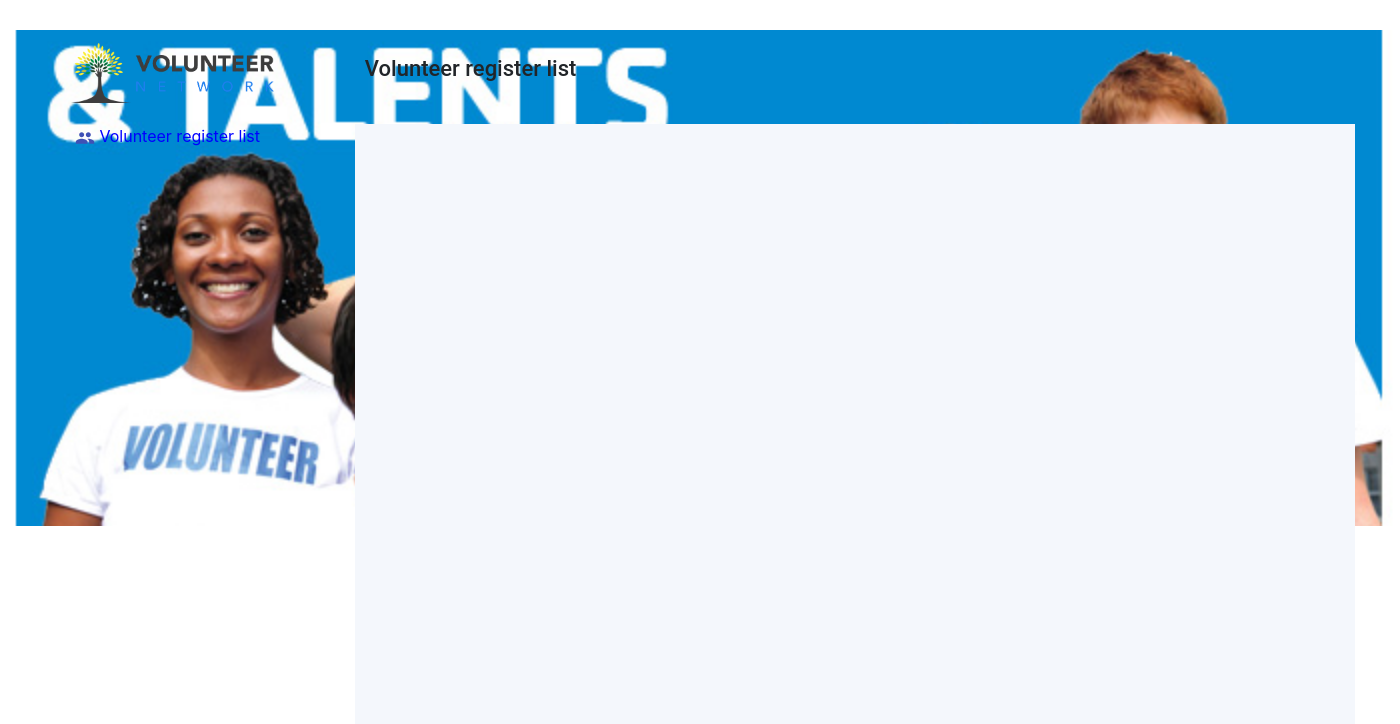
Repository: MdTahsinAmin/volunteer-network-client
Page: /adminPanel
These files come from the project's save history. The page is drawn as it stood at one moment and after the next save; the edit follows.
The browser window is 1280 px wide. The page is 1400 px wide, so the pictures cover 1400 px, including what lies to the right of the window. The pictures show the whole page.
The project was rebuilt for these pictures with package versions that can differ from the ones it lists, and the page was loaded fresh each time.

Above is the page before, as saved 2020-10-04 23:48:08.

### public/index.html
<!DOCTYPE html>
<html lang="en">
  <head>
    <meta charset="utf-8" />
    <link rel="icon" href="%PUBLIC_URL%/favicon.ico" />
    <meta name="viewport" content="width=device-width, initial-scale=1" />
    <meta name="theme-color" content="#000000" />
    <meta
      name="description"
      content="Web site created using create-react-app"
    />
    <link rel="apple-touch-icon" href="%PUBLIC_URL%/logo192.png" />
    <!--
      manifest.json provides metadata used when your web app is installed on a
      user's mobile device or desktop. See https://developers.google.com/web/fundamentals/web-app-manifest/
    -->
    <link rel="manifest" href="%PUBLIC_URL%/manifest.json" />
    <!--
      Notice the use of %PUBLIC_URL% in the tags above.
      It will be replaced with the URL of the `public` folder during the build.
      Only files inside the `public` folder can be referenced from the HTML.

      Unlike "/favicon.ico" or "favicon.ico", "%PUBLIC_URL%/favicon.ico" will
      work correctly both with client-side routing and a non-root public URL.
      Learn how to configure a non-root public URL by running `npm run build`.
    -->
    <title>Volunteer Network</title>
  </head>
  <body>
    <noscript>You need to enable JavaScript to run this app.</noscript>
    <div id="root"></div>
    <!--
      This HTML file is a template.
      If you open it directly in the browser, you will see an empty page.

      You can add webfonts, meta tags, or analytics to this file.
      The build step will place the bundled scripts into the <body> tag.

      To begin the development, run `npm start` or `yarn start`.
      To create a production bundle, use `npm run build` or `yarn build`.
    -->
  </body>
</html>

### src/App.js
import React from 'react';
import './App.css';
import Header from './components/Header/Header';
import {
  BrowserRouter as Router,
  Switch,
  Route,
  Link
} from "react-router-dom";
import AdminPanel from './components/AdminPanel/AdminPanel';
function App() {
  return (
    <div className="App">
     <Router>
      <Switch>
        <Route path ='/home'>
         <Header navbar={true}></Header>
        </Route>
        <Route path="/adminPanel">
           <div>
           <Header navbar={false}></Header>
           <AdminPanel/>
           </div>
        </Route>
        <Route exact path="/">
           <Header navbar={true}></Header>
        </Route>
      </Switch>
     </Router>
    </div>
  );
}

export default App;

### src/App.css
.App {
    background-image:url('./logos/Volunteer_Image.jpg');
    background-repeat: no-repeat;
    background-size: cover;
    background-position: center;
    width: 1400px;
    height: 496px;
    left: 1px;
    top: -1px;
}

.App-logo {
  height: 40vmin;
  pointer-events: none;
}

@media (prefers-reduced-motion: no-preference) {
  .App-logo {
    animation: App-logo-spin infinite 20s linear;
  }
}

.App-header {
  background-color: #282c34;
  min-height: 100vh;
  display: flex;
  flex-direction: column;
  align-items: center;
  justify-content: center;
  font-size: calc(10px + 2vmin);
  color: white;
}

.App-link {
  color: #61dafb;
}

@keyframes App-logo-spin {
  from {
    transform: rotate(0deg);
  }
  to {
    transform: rotate(360deg);
  }
}

### src/components/Header/Header.js
import React from 'react';
import { Link, useHistory } from 'react-router-dom';
import './Header.css'
import volunteerLogo from '../../logos/volunteer.png';
import { styled } from '@material-ui/core/styles';
import Button from '@material-ui/core/Button';

// Material Button

const MyButton = styled(Button)({
    background: 'linear-gradient(45deg, #3F90FC 30%, #3F90FC 90%)',
    border: 0,
    borderRadius: '6px',
    color: 'white',
    height: 48,
    padding: '14px 43px',
    marginRight:'15px',
    marginLeft:'9px',
    cursor:'pointer'
  });

  const AdminBtn = styled(Button)({
    background: 'linear-gradient(45deg, #434141 30%, #434141 90%)',
    border: 0,
    borderRadius: '6px',
    color: 'white',
    height: 48,
    padding: '14px 43px',
    marginRight:'15px',
    cursor:'pointer'
  })

const Header = (props) => {

    const history = useHistory();

    const handleAdminPanel = () =>{
         history.push('/adminPanel');
    }


    return (
      <div className="header">
          <div className={props.navbar ? "container" : 'adminPanel'}>
          <nav className="navbar navbar-expand-lg navbar-light">
            <Link to='/home' className="navbar-brand"><img className={props.navbar ?'volunteerLogo':'Logo'} src={volunteerLogo} alt=""/></Link>
            <button className="navbar-toggler" type="button" data-toggle="collapse" data-target="#navbarSupportedContent" aria-controls="navbarSupportedContent" aria-expanded="false" aria-label="Toggle navigation">
                <span className="navbar-toggler-icon"></span>
            </button>
            {
                !props.navbar && <h5 className="volunteer-list">Volunteer register list</h5>
            }
            {
                props.navbar &&  <div className="collapse navbar-collapse" id="navbarSupportedContent">
                <ul className="navbar-nav ml-auto">
                <li className="nav-item">
                    <Link className="nav-link item-nav">Home</Link>
                </li>
                <li className="nav-item">
                    <Link className="nav-link item-nav">Donation</Link>
                </li>
                <li className="nav-item">
                    <Link className="nav-link item-nav">Events</Link>
                </li>
                <li className="nav-item">
                    <Link className="nav-link item-nav">Blog</Link>
                </li>
                <li className="nav-item">
                    <MyButton>Register</MyButton>
                </li>
                <li className="nav-item">
                   <AdminBtn
                     onClick={handleAdminPanel}
                   >Admin
                   </AdminBtn>
                </li>
                </ul>
            </div>
            }
            </nav>
      </div>
   </div>
    );
};

export default Header;

### src/components/AdminPanel/AdminPanel.js
import React from 'react';
import './AdminPanel.css';
import GroupIcon from '@material-ui/icons/Group';

const AdminPanel = () => {
    return (
        <div className="adminPanel-section">
            <div className="section-panel">
              <div className ='group-panel'>
              <GroupIcon fontSize="small" color="primary"></GroupIcon><span> Volunteer register list</span>
              </div>
            </div>
            <div className='Volunteer-list'>

            </div>
        </div>
    );
};

export default AdminPanel;

### src/components/Header/Header.css
.volunteerLogo{
    width: 202.81px;
    height: 60px;
    left: 88px;
    top: 44px;
}
.header{
    margin-top: 30px;
}
.nav-link{
    font-family: Montserrat;
    font-style: normal;
    font-weight: 500;
    font-size: 20px;
    text-align: center;
    color: #0B0B0B;
}

### src/components/AdminPanel/AdminPanel.css
.adminPanel{
    margin-right:20px;
}
.Logo{
    width: 202.81px;
    height: 60px;
    left: 88px;
    top: 44px;
    margin-left:55px;
}
.volunteer-list{
    margin-left:75px;
    font-family: Roboto;
    font-style: normal;
    font-weight: 500;
    font-size: 22px;
}
.adminPanel-section{
    display:flex;
}
.section-panel{
    margin-top:8px;
    margin-left:75px;
}
.group-panel{
    display:inline-block;
    color: rgb(0, 0, 255);
}
.group-panel span{
    margin-top:1px;
}
.Volunteer-list{
    width:75%;
    margin-top:8px;
    margin-left:95px;
    width: 1000px;
    height: 600px;
    background: #F4F7FC;
}

Loaded but not shown: src/index.js (common file); src/index.css (common file); src/serviceWorker.js (common file)

After the next save:
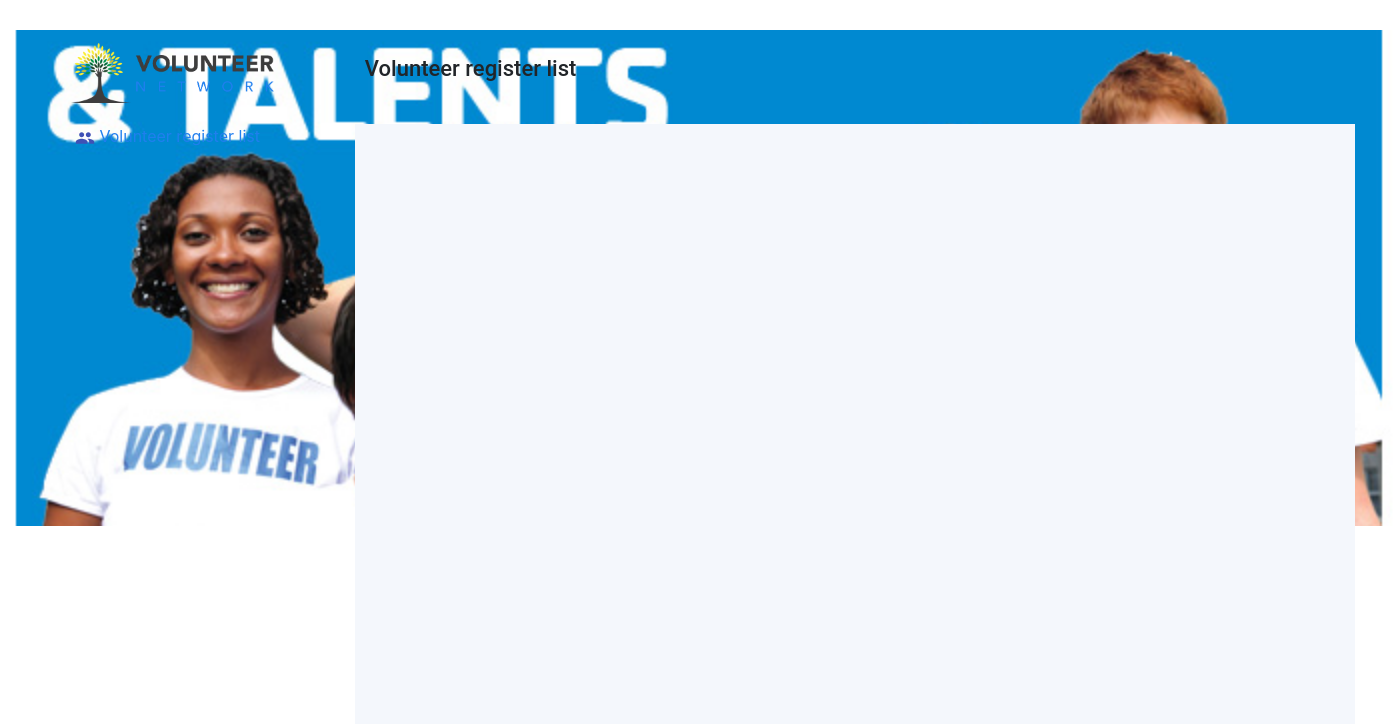
Saved 86 s later.
--- a/src/components/AdminPanel/AdminPanel.css
+++ b/src/components/AdminPanel/AdminPanel.css
@@ -24,7 +24,7 @@
 }
 .group-panel{
     display:inline-block;
-    color: rgb(0, 0, 255);
+    color: #207FEE;
 }
 .group-panel span{
     margin-top:1px;
